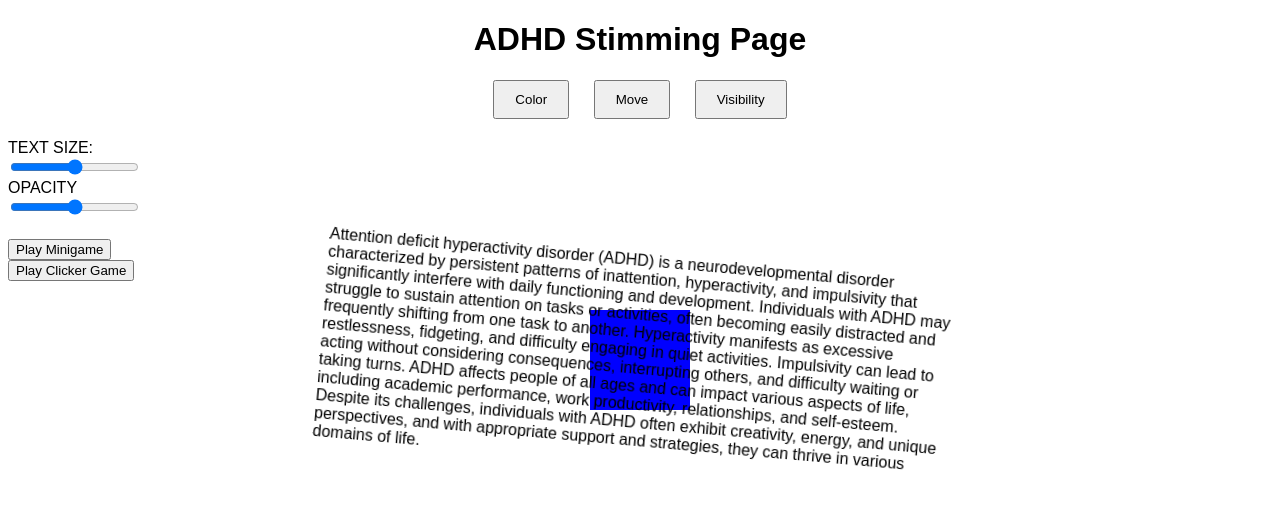
Repository: anderscederberg11/unhandledRuntimeError.json
Page: Henver/henver3.html
An editor plug-in stored every save of this project. The page is shown before and after the next save, followed by the edit.
The browser window is 1280 px wide. The pictures show the whole page.

Above is the page before, as saved 2024-05-24 19:18:10.

### Henver/henver3.html
<!DOCTYPE html>
<html lang="en">
<head>
    <meta charset="UTF-8">
    <meta name="viewport" content="width=device-width, initial-scale=1.0">
    <title>HenverADHD</title>
    <link rel="stylesheet" href="henver3.css">
</head>
<body>
    <h1>ADHD Stimming Page</h1>

    <div class="buttons">
      <button onclick="changeColor()">Color</button>
      <button onclick="moveElement()">Move</button>
      <button onclick="toggleVisibility()">Visibility</button>
    </div>

    <div class="sliders">
      <label for="slider1">TEXT SIZE:</label>
      <input type="range" id="slider1" min="0" max="100" value="50" onchange="adjustFontSize(this.value)">
      <label for="slider2">OPACITY</label>
      <input type="range" id="slider2" min="0" max="100" value="50" onchange="adjustOpacity(this.value)">
    </div>

    <div id="movableElement" class="movable-element"></div>

    <div class="floating-paragraph">
        <p>Attention deficit hyperactivity disorder (ADHD) is a neurodevelopmental disorder characterized by persistent patterns of inattention, hyperactivity, and impulsivity that significantly interfere with daily functioning and development. Individuals with ADHD may struggle to sustain attention on tasks or activities, often becoming easily distracted and frequently shifting from one task to another. Hyperactivity manifests as excessive restlessness, fidgeting, and difficulty engaging in quiet activities. Impulsivity can lead to acting without considering consequences, interrupting others, and difficulty waiting or taking turns. ADHD affects people of all ages and can impact various aspects of life, including academic performance, work productivity, relationships, and self-esteem. Despite its challenges, individuals with ADHD often exhibit creativity, energy, and unique perspectives, and with appropriate support and strategies, they can thrive in various domains of life.</p>
      </div>

      <div id="minigame-container" class="minigame-container">
        <button id="minigame-button" onclick="showRandomMinigame()">Play Minigame</button>
        <div id="minigame"></div>
      </div>
      <div id="minigame-container" class="minigame-container">
        <button id="minigame-button" onclick="startClickerGame()">Play Clicker Game</button>
        <div id="clicker-game"></div>
      </div>

<script>
    function changeColor() {
  const colors = ["red", "green", "blue", "yellow", "purple", "orange"];
  const randomColor = colors[Math.floor(Math.random() * colors.length)];
  document.body.style.backgroundColor = randomColor;
}

function moveElement() {
  const element = document.getElementById("movableElement");
  const randomX = Math.random() * (window.innerWidth - element.offsetWidth);
  const randomY = Math.random() * (window.innerHeight - element.offsetHeight);
  element.style.left = randomX + "px";
  element.style.top = randomY + "px";
}

function toggleVisibility() {
  const element = document.getElementById("movableElement");
  element.style.display = element.style.display === "none" ? "block" : "none";
}

function adjustFontSize(value) {
  document.body.style.fontSize = value + "px";
}

function adjustOpacity(value) {
  document.getElementById("movableElement").style.opacity = value / 100;
}

</script>
</body>
</html>

### Henver/henver3.css
body {
    font-family: Arial, sans-serif;
  }

  h1 {
    text-align: center;
  }

  .buttons {
    text-align: center;
    margin-bottom: 20px;
  }

  .buttons button {
    padding: 10px 20px;
    margin: 0 10px;
  }

  .sliders {
    margin-bottom: 20px;
  }

  .sliders label {
    display: block;
  }

  .movable-element {
    width: 100px;
    height: 100px;
    background-color: blue;
    position: absolute;
    top: 50%;
    left: 50%;
    transform: translate(-50%, -50%);
  }
  .floating-paragraph {
    position: fixed;
    top: 50%;
    left: 50%;
    transform: translate(-50%, -50%);
    animation: floatAndMove 10s infinite alternate;
  }

  @keyframes floatAndMove {
    0% {
      transform: translate(-50%, -50%) rotate(0deg);
    }
    50% {
      transform: translate(-50%, -50%) rotate(5deg);
    }
    100% {
      transform: translate(-50%, -50%) rotate(0deg);
    }
  }

After the next save:
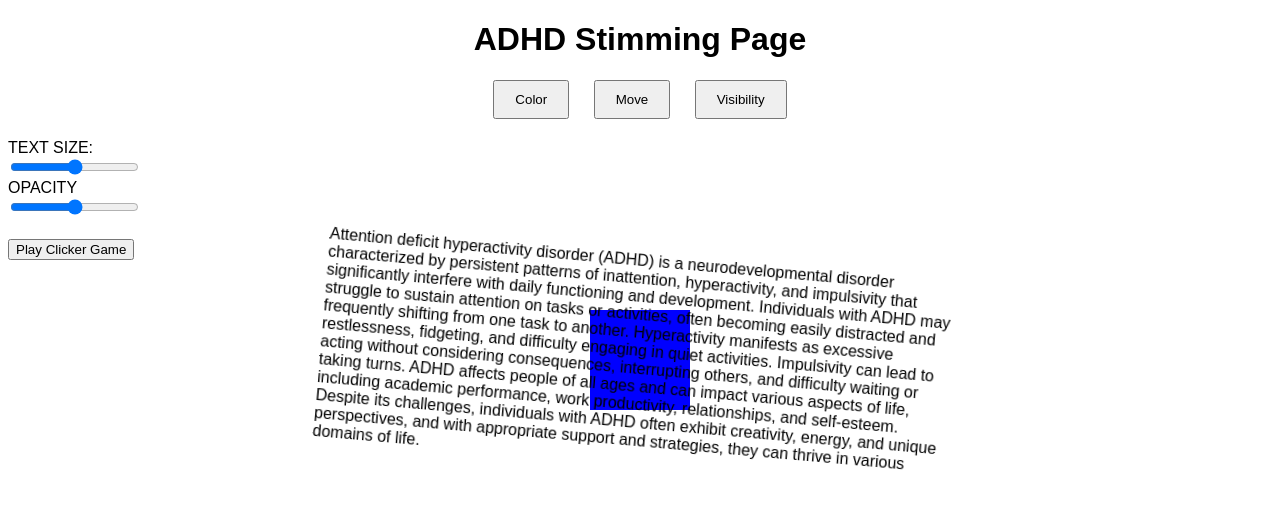
Saved 19 s later.
--- a/Henver/henver3.html
+++ b/Henver/henver3.html
@@ -26,11 +26,6 @@
 
     <div class="floating-paragraph">
         <p>Attention deficit hyperactivity disorder (ADHD) is a neurodevelopmental disorder characterized by persistent patterns of inattention, hyperactivity, and impulsivity that significantly interfere with daily functioning and development. Individuals with ADHD may struggle to sustain attention on tasks or activities, often becoming easily distracted and frequently shifting from one task to another. Hyperactivity manifests as excessive restlessness, fidgeting, and difficulty engaging in quiet activities. Impulsivity can lead to acting without considering consequences, interrupting others, and difficulty waiting or taking turns. ADHD affects people of all ages and can impact various aspects of life, including academic performance, work productivity, relationships, and self-esteem. Despite its challenges, individuals with ADHD often exhibit creativity, energy, and unique perspectives, and with appropriate support and strategies, they can thrive in various domains of life.</p>
-      </div>
-
-      <div id="minigame-container" class="minigame-container">
-        <button id="minigame-button" onclick="showRandomMinigame()">Play Minigame</button>
-        <div id="minigame"></div>
       </div>
       <div id="minigame-container" class="minigame-container">
         <button id="minigame-button" onclick="startClickerGame()">Play Clicker Game</button>
@@ -64,7 +59,43 @@ function adjustFontSize(value) {
 function adjustOpacity(value) {
   document.getElementById("movableElement").style.opacity = value / 100;
 }
+let clickerInterval;
+let clickerTimeout;
 
+function startClickerGame() {
+  // Clear previous game
+  clearInterval(clickerInterval);
+  clearTimeout(clickerTimeout);
+  document.getElementById("clicker-game").innerHTML = "";
+
+  // Create and append the clickable target
+  const target = document.createElement("div");
+  target.classList.add("clicker-target");
+  target.style.top = Math.random() * 80 + "%";
+  target.style.left = Math.random() * 80 + "%";
+  document.getElementById("clicker-game").appendChild(target);
+
+  // Move the target randomly every 1 second
+  clickerInterval = setInterval(moveTarget, 1000);
+
+  // End the game after 10 seconds
+  clickerTimeout = setTimeout(endClickerGame, 10000);
+}
+
+function moveTarget() {
+  const target = document.querySelector(".clicker-target");
+  target.style.top = Math.random() * 80 + "%";
+  target.style.left = Math.random() * 80 + "%";
+}
+
+function endClickerGame() {
+  clearInterval(clickerInterval);
+  document.getElementById("clicker-game").innerHTML = "<p>Game Over!</p>";
+}
+
+function handleClick() {
+  alert("You clicked the target!");
+}
 </script>
 </body>
 </html>
